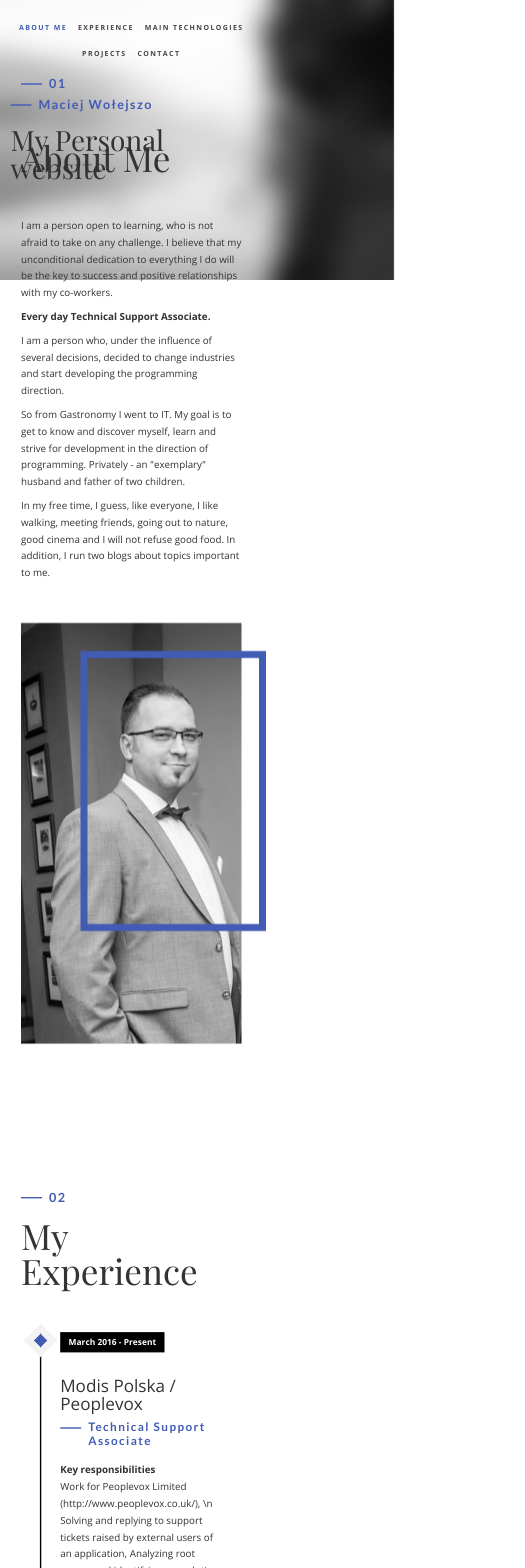
Repository: Maciej85Lodz/maciejwolejszo.pl
Page: index.html
These files come from the project's save history. The page is drawn as it stood at one moment and after the next save; the edit follows.
The browser window is 375 px wide. The page is 380 px wide, then 750 px, so the pictures cover 750 px, including what lies to the right of the window. The pictures show the part of the page from y = 0 to 2240 px (the page is 6399 px tall before and 7119 px after), at 70% of full size.
Some web fonts or font styles are not loaded; a fallback is used.

Above is the page before, as saved 2019-06-01 00:04:52.
Console error: TypeError: Cannot set properties of null (setting 'innerHTML')

After the next save:
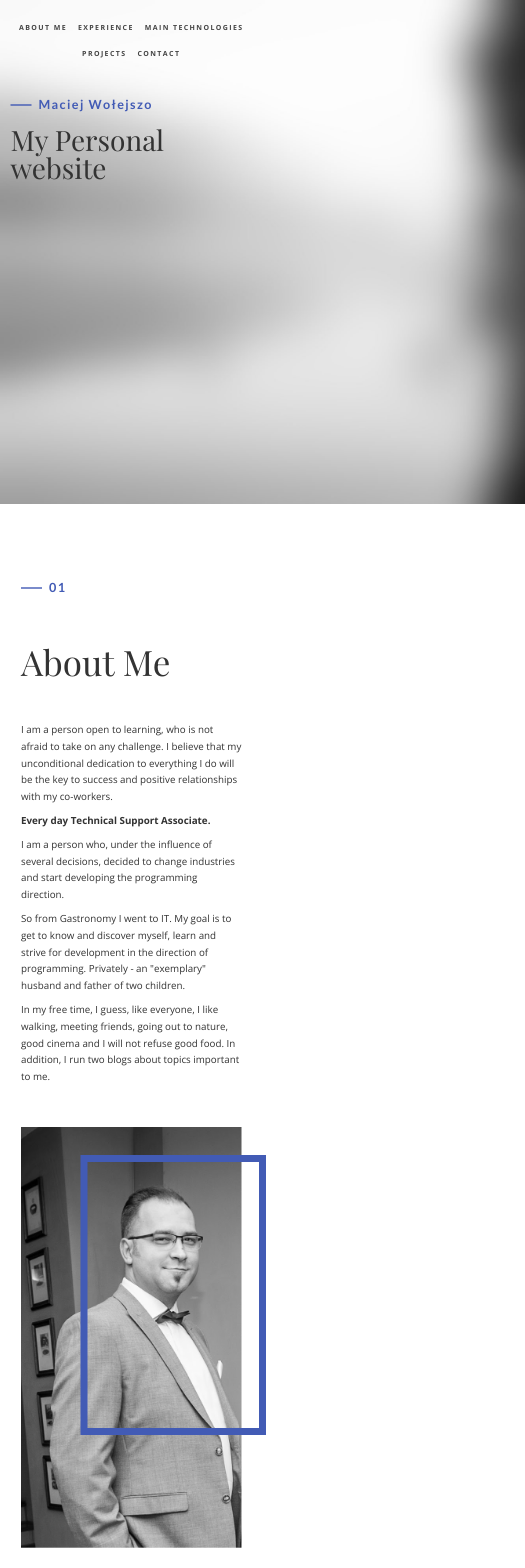
Saved 3 min 5 s later.
--- a/css/style.css
+++ b/css/style.css
@@ -783,13 +783,12 @@ fieldset {
         font-size: 40px;
         line-height: 40px;
     }
-    #home,
+    #home {
+        width: 200%
+    }
     .disply-table {
         height: 400px;
-        position: fixed;
-    }
-    #home {
-        width: 150%;
+        position: absolute;
     }
     .about-border {
         width: 265px;
